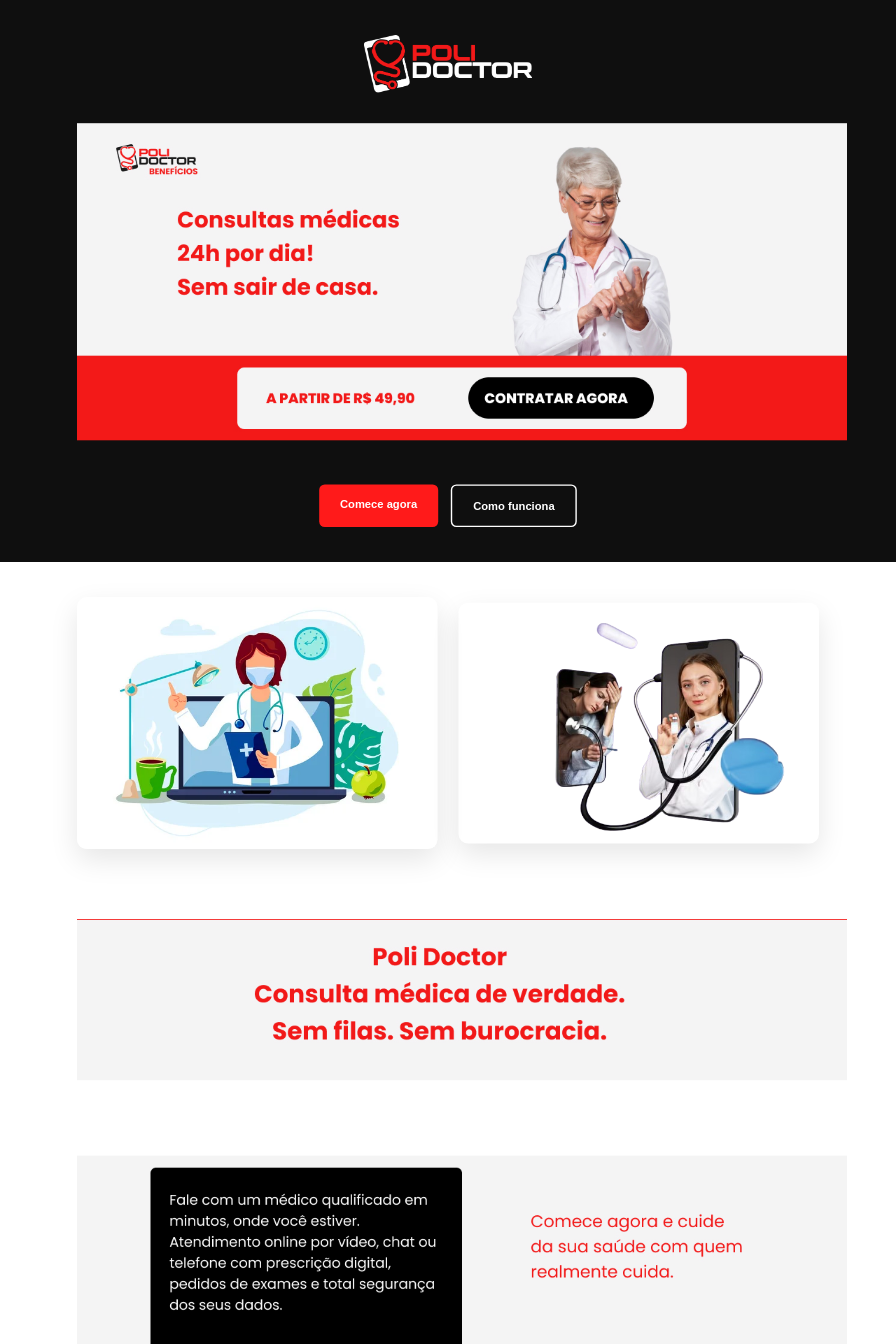
Repository: RenSkywalker/poli-doctor-landing
Page: index.html
These files come from the project's save history. The page is drawn as it stood at one moment and after the next save; the edit follows.
The browser window is 1280 px wide. The pictures show the part of the page from y = 0 to 1920 px (the page is 5661 px tall before and 5461 px after), at 70% of full size.

Above is the page before, as saved 2026-01-27 17:12:28.

### index.html
<!DOCTYPE html>
<html lang="pt-BR">
<head>
  <meta charset="UTF-8">
  <title>Poli Doctor | Consulta médica de verdade</title>
  <meta name="viewport" content="width=device-width, initial-scale=1.0">
  <meta name="description" content="Consulta médica de verdade. Sem filas. Sem burocracia. Atendimento humano, rápido e seguro.">

  <link rel="icon" href="favicon.ico">
  <link rel="stylesheet" href="css/style.css">
</head>

<body>

<!-- HERO -->
<header class="hero">
  <div class="container">

    <img src="assets/images/logo-principal.png" alt="Poli Doctor" class="logo-topo">

    <img
      src="assets/images/blocos/hero.jpeg"
      alt="Consultas médicas 24h por dia sem sair de casa"
      class="img-bloco"
    />

    <div class="hero-buttons">
      <a href="#planos" class="btn primary">Comece agora</a>
      <a href="#como-funciona" class="btn outline">Como funciona</a>
    </div>

  </div>
</header>

<!-- IMAGENS DE APOIO -->
<section class="imagem-destaque">
  <div class="container imagem-grid">
    <img src="assets/images/medico-consulta.jpg" alt="Consulta médica online" class="img-medico">
    <img src="assets/images/telemedicina.png" alt="Telemedicina humanizada" class="img-telemedicina">
  </div>
</section>

<!-- HEADLINE -->
<section>
  <div class="container">
    <img
      src="assets/images/blocos/headline.jpeg"
      alt="Consulta médica de verdade sem filas e sem burocracia"
      class="img-bloco"
    />
  </div>
</section>

<!-- BLOCO INTRO -->
<section>
  <div class="container">
    <img
      src="assets/images/blocos/intro-box.jpeg"
      alt="Fale com um médico qualificado em minutos"
      class="img-bloco"
    />
  </div>
</section>

<!-- POR QUE EXISTE -->
<section>
  <div class="container">
    <img
      src="assets/images/blocos/porque-existe.jpeg"
      alt="Por que a Poli Doctor existe"
      class="img-bloco"
    />
  </div>
</section>

<section>
  <div class="container">
    <img
      src="assets/images/blocos/porque-texto.jpeg"
      alt="A Poli Doctor nasceu para simplificar o acesso à saúde"
      class="img-bloco"
    />
  </div>
</section>

<!-- COMO FUNCIONA -->
<section id="como-funciona">
  <div class="container">
    <img
      src="assets/images/blocos/como-funciona.jpeg"
      alt="Como funciona a Poli Doctor"
      class="img-bloco"
    />
  </div>
</section>

<!-- SEGURANÇA -->
<section class="seguranca">
  <div class="container">
    <img
      src="assets/images/blocos/seguranca.jpeg"
      alt="Segurança, privacidade e LGPD"
      class="img-bloco"
    />
  </div>
</section>

<!-- CONTEXTO COM IMAGEM -->
<section class="imagem-contexto">
  <div class="container imagem-contexto-grid">
    <img
      src="assets/images/blocos/contexto.jpeg"
      alt="Saúde moderna simples e acessível"
      class="img-bloco"
    />
  </div>
</section>

<!-- PLANOS -->
<section id="planos" class="planos">
  <div class="container">

    <img
      src="assets/images/blocos/planos-header.jpeg"
      alt="Planos Poli Doctor saúde acessível"
      class="img-bloco"
    />

    <!-- MANTIDO: CARDS DOS PLANOS -->
    <!-- (todo o HTML dos planos permanece exatamente como você enviou) -->

    <!-- 👉 AQUI ENTRA SEU BLOCO DE PLANOS ORIGINAL, SEM ALTERAÇÃO 👈 -->

  </div>
</section>

<!-- CTA FINAL -->
<section class="cta-final">
  <div class="container">
    <img
      src="assets/images/blocos/cta-final.jpeg"
      alt="Sua saúde não pode esperar seu desconto também não"
      class="img-bloco"
    />
  </div>
</section>

<!-- FOOTER -->
<footer>
  <img src="assets/images/logo-principal.png" alt="Poli Doctor" class="logo-footer">

  <p>
    © 2026 Poli Doctor. Todos os direitos reservados.
    Desenvolvido por
    <a href="https://renancursi79.wixsite.com/infinitx" target="_blank">Infinitx</a>
  </p>

  <a href="politica-de-privacidade.html">Política de Privacidade</a> |
  <a href="termos-de-uso.html">Termos de Uso</a>

  <small>Este serviço não substitui atendimento presencial em casos de emergência.</small>
</footer>

<script src="js/main.js"></script>
</body>
</html>

### css/style.css
html {
  scroll-behavior: smooth;
}

:root {
  --vermelho: #ff1a1a;
  --preto: #0f0f0f;
  --cinza-escuro: #1c1c1c;
  --cinza-claro: #fafafa;
  --branco: #ffffff;
}

/* RESET */
* {
  margin: 0;
  padding: 0;
  box-sizing: border-box;
  font-family: Arial, Helvetica, sans-serif;
}

body {
  background: var(--branco);
  color: var(--preto);
  line-height: 1.7;
  position: relative;
}

/* MARCA D'ÁGUA */
body::before {
  content: "";
  position: fixed;
  inset: 0;
  background: url("../assets/images/marca-dagua.png") no-repeat center;
  background-size: 600px;
  opacity: 0.03;
  pointer-events: none;
}

/* CONTAINER */
.container {
  max-width: 1100px;
  margin: auto;
  padding: 50px 20px;
}

/* ================= HERO ================= */
.hero {
  background: var(--preto);
  color: var(--branco);
  text-align: center;
  position: relative;
}

.logo-topo {
  max-width: 240px;
  margin-bottom: 35px;
}

.hero h1 {
  font-size: 2.7rem;
  margin-bottom: 20px;
}

.hero p {
  max-width: 820px;
  margin: 0 auto 20px;
  font-size: 1.1rem;
  line-height: 1.8;
}

/* BOTÕES */
.hero-buttons {
  display: flex;
  justify-content: center;
  gap: 18px;
  margin-top: 35px;
}

.btn {
  padding: 15px 30px;
  border-radius: 8px;
  font-weight: bold;
  text-decoration: none;
  transition: 0.3s;
  margin-top: 20px;
}

.primary {
  background: var(--vermelho);
  color: var(--branco);
}

.primary:hover {
  transform: translateY(-2px);
  opacity: 0.9;
}

.outline {
  border: 2px solid var(--branco);
  color: var(--branco);
}

.imagem-destaque {
  background: #ffffff;
}

.imagem-grid {
  display: grid;
  grid-template-columns: repeat(auto-fit, minmax(280px, 1fr));
  gap: 30px;
  align-items: center;
}

.imagem-grid img {
  border-radius: 14px;
  box-shadow: 0 15px 40px rgba(0,0,0,0.1);
  width: 100%;
  max-height: 360px;
  object-fit: cover;
}

.img-medico {
  width: 60%;
  justify-self: center;
}

.img-telemedicina {
  width: 100%;
  justify-self: center;
}

/* ================= SEÇÕES GERAIS ================= */
section p {
  max-width: 850px;
  margin: 0 auto 12px;
  font-size: 1.25rem;
  color: #222;
  text-align: center;
  font-weight: 400;
}

.text-destaque {
  font-size: 1.15rem;
  font-weight: bold;
  margin: 30px 0;
  text-align: center;
}

/* TÍTULOS */
h2 {
  text-align: center;
  margin-bottom: 25px;
  font-size: 2.1rem;
}

h3 {
  margin-bottom: 10px;
}

/* ================= BENEFÍCIOS ================= */
.beneficios {
  background: #ffffff;
  border-top: 1px solid #ffffff;
  border-bottom: 1px solid #ffffff;
}

.beneficios ul {
  list-style: none;
  text-align: center;
}

.beneficios li {
  margin-bottom: 10px;
  font-weight: 500;
}

/* ================= LISTAS ================= */
ul {
  margin: 25px 0;
  padding: 0;
}

li {
  margin-bottom: 8px;
}

/* ================= COMO FUNCIONA ================= */
.steps {
  display: flex;
  justify-content: space-around;
  gap: 30px;
}

.step {
  text-align: center;
}

.step span {
  background: var(--vermelho);
  color: var(--branco);
  width: 45px;
  height: 45px;
  display: inline-flex;
  align-items: center;
  justify-content: center;
  border-radius: 50%;
  margin-bottom: 10px;
  font-weight: bold;
}

/* ================= SEGURANÇA ================= */
.seguranca ul {
  list-style: none;
  text-align: center;
}

.seguranca li {
  margin-bottom: 10px;
}

.imagem-contexto {
  background: #ffffff;
  border-top: 1px solid #ffffff;
  border-bottom: 1px solid #ffffff;
}

.imagem-contexto-grid {
  display: grid;
  grid-template-columns: 1fr 1fr;
  gap: 40px;
  align-items: center;
}

.imagem-contexto img {
  width: 100%;
  border-radius: 14px;
  box-shadow: 0 15px 40px rgba(0,0,0,0.12);
}

/* ================= PLANOS ================= */
.plano {
  border: 2px solid var(--vermelho);
  border-radius: 14px;
  padding: 40px 30px;
  text-align: center;
  background: var(--branco);
  margin: 40px 0;
  transition: 0.3s;
}

.plano:hover {
  transform: translateY(-4px);
}

.plano.destaque {
  border: 2px solid var(--vermelho);
}

.preco {
  font-size: 1.7rem;
  color: var(--vermelho);
  margin: 20px 0;
}

.preco-antigo {
  display: block;
  font-size: 1rem;
  color: #999;
  text-decoration: line-through;
  margin-top: 5px;
}

.plano ul {
  list-style: none;
  margin-bottom: 20px;
}

.plano .btn {
  width: 100%;
  margin-top: 30px;
}

.plano p {
  margin-bottom: 18px;
}


/* ================= TABELA ================= */
table {
  width: 100%;
  border-collapse: collapse;
  margin-top: 35px;
  font-size: 0.95rem;
}

table th {
  background: var(--preto);
  color: var(--branco);
  padding: 14px;
}

table td {
  padding: 14px;
  text-align: center;
  border-bottom: 1px solid #eee;
}

table tr:nth-child(even) {
  background: #fafafa;
}

table tr:hover {
  background: #f1f1f1;
}

/* ================= CTA FINAL ================= */
.cta-final {
  background: var(--preto);
  color: var(--branco);
  text-align: center;
}

.cta-final p {
  margin-top: 20px;
  font-size: 1.05rem;
}

.large {
  font-size: 1.2rem;
}

/* ================= FOOTER ================= */
footer {
  background: var(--cinza-escuro);
  color: var(--branco);
  text-align: center;
  padding: 50px 20px;
}

.logo-footer {
  max-width: 160px;
  margin-bottom: 15px;
}

footer a {
  color: var(--branco);
  margin: 0 5px;
  text-decoration: none;
}

footer small {
  display: block;
  margin-top: 12px;
  font-size: 0.85rem;
}

img {
  transition: transform 0.4s ease, box-shadow 0.4s ease;
}

img:hover {
  transform: scale(1.04);
  box-shadow: 0 20px 45px rgba(0, 0, 0, 0.18);
}

.tabela-wrapper {
  width: 100%;
  overflow-x: auto;
  -webkit-overflow-scrolling: touch;
  margin-top: 30px;
}

.tabela-wrapper table {
  min-width: 600px;
}


/* ================= MOBILE ================= */
@media (max-width: 768px) {
  .steps {
    flex-direction: column;
  }

  .hero h1 {
    font-size: 2rem;
  }

  .hero-buttons {
    flex-direction: column;
  }

  .imagem-contexto-grid {
    grid-template-columns: 1fr;
    text-align: center;
  }
}

### js/main.js
// JS simples apenas para evolução futura
console.log("Poli Doctor carregado com sucesso!");

After the next save:
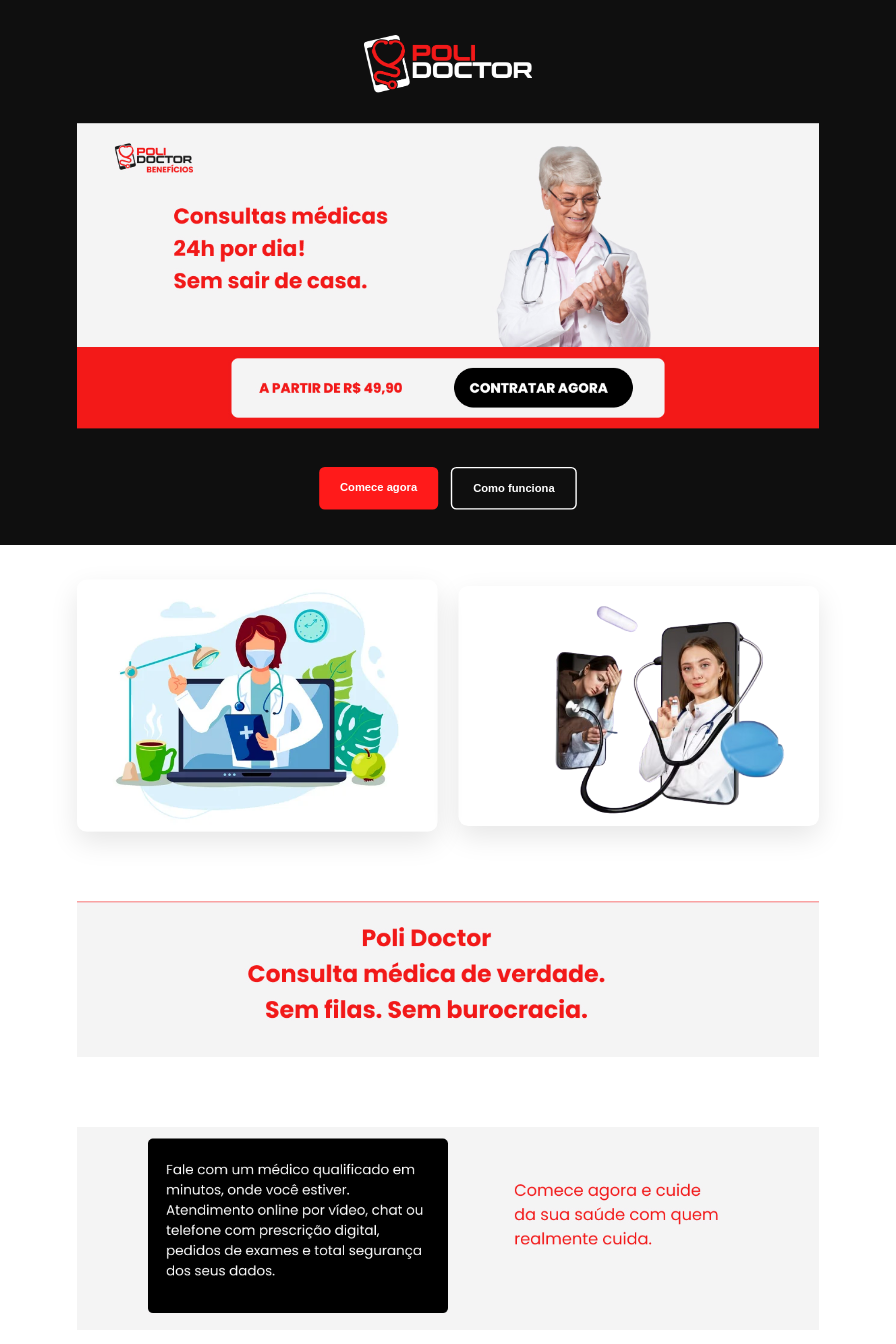
Saved 48 s later.
--- a/css/style.css
+++ b/css/style.css
@@ -374,6 +374,15 @@
   min-width: 600px;
 }
 
+/* ================= IMAGENS DE BLOCO ================= */
+.img-bloco {
+  width: 100%;
+  max-width: 1100px;
+  display: block;
+  margin: 0 auto;
+}
+
+
 
 /* ================= MOBILE ================= */
 @media (max-width: 768px) {
